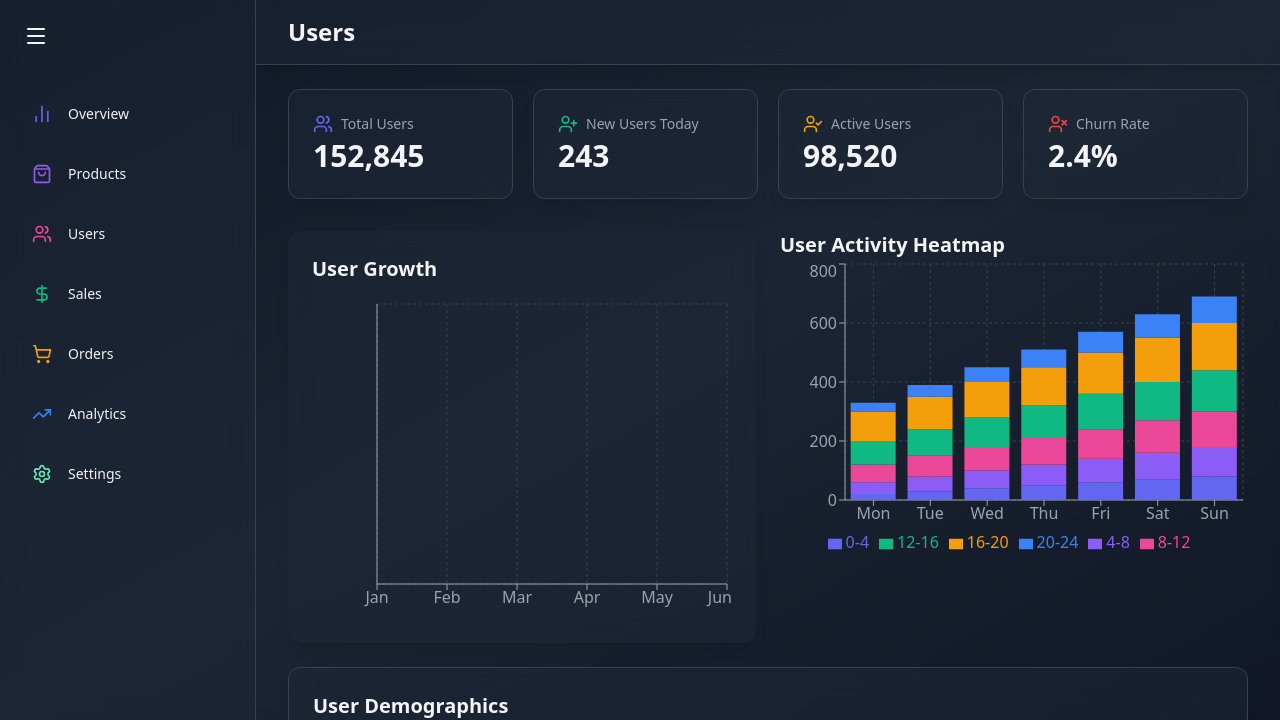
Repository: Abdirabi11/React-dashboard
Page: /users
These files come from the project's save history. The page is drawn as it stood at one moment and after the next save; the edit follows.
The browser window is 1280 px wide. The pictures show the whole page.
An inner scrolling area shows only its first screen. The project was rebuilt for these pictures with package versions that can differ from the ones it lists, and the page was loaded fresh each time. Also part of the build but not shown: vite.config.js, src/components/overview/SalesOverviewChart.jsx, src/components/overview/CategoryDistributionChart.jsx, src/components/overview/SalesChannelChart.jsx, src/pages/OverviewPage.jsx, src/components/products/SalesTrendChart.jsx, src/components/products/ProductsTable.jsx, src/pages/ProductsPage.jsx and 4 more.

Above is the page before, as saved 2025-07-18 21:43:15.

### src/components/common/Sidebar.jsx
import { BarChart2, DollarSign, Menu, Settings, ShoppingBag, ShoppingCart, TrendingUp, Users } from "lucide-react";
import { useState } from "react";
import { AnimatePresence, motion } from "framer-motion";
import { Link } from "react-router-dom";

const SIDEBAR_ITEMS = [
	{
		name: "Overview",
		icon: BarChart2,
		color: "#6366f1",
		href: "/",
	},
	{ name: "Products", icon: ShoppingBag, color: "#8B5CF6", href: "/products" },
	{ name: "Users", icon: Users, color: "#EC4899", href: "/users" },
	{ name: "Sales", icon: DollarSign, color: "#10B981", href: "/sales" },
	{ name: "Orders", icon: ShoppingCart, color: "#F59E0B", href: "/orders" },
	{ name: "Analytics", icon: TrendingUp, color: "#3B82F6", href: "/analytics" },
	{ name: "Settings", icon: Settings, color: "#6EE7B7", href: "/settings" },
];

const Sidebar = () => {
	const [isSidebarOpen, setIsSidebarOpen] = useState(true);

	return (
		<motion.div
			className={`relative z-10 transition-all duration-300 ease-in-out flex-shrink-0 ${
				isSidebarOpen ? "w-64" : "w-20"
			}`}
			animate={{ width: isSidebarOpen ? 256 : 80 }}
		>
			<div className='h-full bg-gray-800 bg-opacity-50 backdrop-blur-md p-4 flex flex-col border-r border-gray-700'>
				<motion.button
					whileHover={{ scale: 1.1 }}
					whileTap={{ scale: 0.9 }}
					onClick={() => setIsSidebarOpen(!isSidebarOpen)}
					className='p-2 rounded-full hover:bg-gray-700 transition-colors max-w-fit'
				>
					<Menu size={24} />
				</motion.button>

				<nav className='mt-8 flex-grow'>
					{SIDEBAR_ITEMS.map((item) => (
						<Link key={item.href} to={item.href}>
							<motion.div className='flex items-center p-4 text-sm font-medium rounded-lg hover:bg-gray-700 transition-colors mb-2'>
								<item.icon size={20} style={{ color: item.color, minWidth: "20px" }} />
								<AnimatePresence>
									{isSidebarOpen && (
										<motion.span
											className='ml-4 whitespace-nowrap'
											initial={{ opacity: 0, width: 0 }}
											animate={{ opacity: 1, width: "auto" }}
											exit={{ opacity: 0, width: 0 }}
											transition={{ duration: 0.2, delay: 0.3 }}
										>
											{item.name}
										</motion.span>
									)}
								</AnimatePresence>
							</motion.div>
						</Link>
					))}
				</nav>
			</div>
		</motion.div>
	);
};
export default Sidebar;

### src/pages/UsersPage.jsx
import { motion } from "framer-motion";
import { UserCheck, UserPlus, UsersIcon, UserX } from "lucide-react";
import Header from "../components/common/Header";
import StatCard from "../components/common/StatCard";
import UserActivityHeatmap from "../components/users/UserActivityHeatmap";
import UserDemographicsChart from "../components/users/UserDemographicsChart";
import UserGrowthChart from "../components/users/UserGrowthChart";
import UsersTable from "../components/users/UsersTable";

const userStats = {
	totalUsers: 152845,
	newUsersToday: 243,
	activeUsers: 98520,
	churnRate: "2.4%",
};

const UsersPage = () => {
	return (
		<div className="flex-1 overflow-auto relative z-10">
			<Header title='Users'/>
			<main className="max-w-7xl mx-auto py-6 px-4 lg:px-8">
				<motion.div
				 className="grid grid-cols-1 gap-5 sm:grid-cols-2 lg:grid-cols-4 mb-8"
				 initial={{ opacity: 0, y: 20 }}
				 animate={{ opacity: 1, y: 0 }}
				 transition={{ duration: 1 }}
				>
					<StatCard
					 name='Total Users'
					 icon={UsersIcon}
					 value={userStats.totalUsers.toLocaleString()}
					 color='#6366F1'
					/>
					<StatCard name='New Users Today' icon={UserPlus} value={userStats.newUsersToday} color='#10B981' />
					<StatCard
						name='Active Users'
						icon={UserCheck}
						value={userStats.activeUsers.toLocaleString()}
						color='#F59E0B'
					/>
					<StatCard name='Churn Rate' icon={UserX} value={userStats.churnRate} color='#EF4444' />
				</motion.div>
				<UsersTable />
				<div className='grid grid-cols-1 lg:grid-cols-2 gap-6 mt-8'>
					<UserGrowthChart />
					<UserActivityHeatmap />
					<UserDemographicsChart />
				</div>
			</main>
		</div>
	);
};
export default UsersPage;

### src/components/users/UserActivityHeatmap.jsx
import { Bar, BarChart, CartesianGrid, Legend, ResponsiveContainer, Tooltip, XAxis, YAxis } from "recharts";
import { motion } from "framer-motion";

const userActivityData = [
	{ name: "Mon", "0-4": 20, "4-8": 40, "8-12": 60, "12-16": 80, "16-20": 100, "20-24": 30 },
	{ name: "Tue", "0-4": 30, "4-8": 50, "8-12": 70, "12-16": 90, "16-20": 110, "20-24": 40 },
	{ name: "Wed", "0-4": 40, "4-8": 60, "8-12": 80, "12-16": 100, "16-20": 120, "20-24": 50 },
	{ name: "Thu", "0-4": 50, "4-8": 70, "8-12": 90, "12-16": 110, "16-20": 130, "20-24": 60 },
	{ name: "Fri", "0-4": 60, "4-8": 80, "8-12": 100, "12-16": 120, "16-20": 140, "20-24": 70 },
	{ name: "Sat", "0-4": 70, "4-8": 90, "8-12": 110, "12-16": 130, "16-20": 150, "20-24": 80 },
	{ name: "Sun", "0-4": 80, "4-8": 100, "8-12": 120, "12-16": 140, "16-20": 160, "20-24": 90 },
];


const UserActivityHeatmap = () => {
  return (
    <motion.div>
        <h2 className="text-xl font-semibold text-gray-100 mb-4'"> User Activity Heatmap </h2>
        <div style={{ width: "100%", height: 300 }}>
            <ResponsiveContainer>
                <BarChart data={userActivityData}>
                    <CartesianGrid strokeDasharray='3 3' stroke='#374151' />
                    <XAxis dataKey='name' stroke='#9CA3AF' />
					<YAxis stroke='#9CA3AF' />
                    <Tooltip
                        contentStyle={{
                            backgroundColor: "rgba(31, 41, 55, 0.8)",
                            borderColor: "#4B5563",
                        }}
                        itemStyle={{ color: "#E5E7EB" }}
                    />
                    <Legend />
                    <Bar dataKey='0-4' stackId='a' fill='#6366F1' />
                    <Bar dataKey='4-8' stackId='a' fill='#8B5CF6' />
                    <Bar dataKey='8-12' stackId='a' fill='#EC4899' />
					<Bar dataKey='12-16' stackId='a' fill='#10B981' />
                    <Bar dataKey='16-20' stackId='a' fill='#F59E0B' />
					<Bar dataKey='20-24' stackId='a' fill='#3B82F6' />
                </BarChart>
            </ResponsiveContainer>
        </div>
    </motion.div>
  )
}

export default UserActivityHeatmap

### src/components/users/UserDemographicsChart.jsx
import { motion } from "framer-motion";
import { PieChart, Pie, Cell, ResponsiveContainer, Tooltip, Legend } from "recharts";


const COLORS = ["#8884d8", "#82ca9d", "#ffc658", "#ff8042", "#0088FE"];

const userDemographicsData = [
	{ name: "18-24", value: 20 },
	{ name: "25-34", value: 30 },
	{ name: "35-44", value: 25 },
	{ name: "45-54", value: 15 },
	{ name: "55+", value: 10 },
];

const UserDemographicsChart = () => {
  return (
    <motion.div
        className='bg-gray-800 bg-opacity-50 backdrop-blur-md shadow-lg rounded-xl p-6 border border-gray-700 lg:col-span-2'
        initial={{ opacity: 0, y: 20 }}
        animate={{ opacity: 1, y: 0 }}
        transition={{ delay: 0.5 }}
    >
      <h2 className='text-xl font-semibold text-gray-100 mb-4'>User Demographics</h2>
		<div style={{ width: "100%", height: 300 }}>

        </div>
    </motion.div>
  )
}

export default UserDemographicsChart

### src/components/users/UserGrowthChart.jsx
import { LineChart, Line, XAxis, YAxis, CartesianGrid, Tooltip, ResponsiveContainer } from "recharts";
import { motion } from "framer-motion";

const userGrowthData = [
	{ month: "Jan", users: 1000 },
	{ month: "Feb", users: 1500 },
	{ month: "Mar", users: 2000 },
	{ month: "Apr", users: 3000 },
	{ month: "May", users: 4000 },
	{ month: "Jun", users: 5000 },
];

const UserGrowthChart = () => {
  return (
    <motion.div
      className="bg-gray-800 bg-opacity-50 backdrop-blur-md shadow-lg rounded-xl p-6 border-gray-700"
      initial={{ opacity: 0, y: 20 }}
			animate={{ opacity: 1, y: 0 }}
			transition={{ delay: 0.3 }}
    >
      <h2 className='text-xl font-semibold text-gray-100 mb-4'>User Growth</h2>
			<div className='h-[320px]'>
        <ResponsiveContainer width='100%' height='100%'>
          <LineChart data={userGrowthData}>
            <CartesianGrid strokeDasharray='3 3' stroke='#374151' />
            <XAxis dataKey='month' stroke='#9CA3AF' />
            <YAxis stroke='#9CA3AF' />
            <Tooltip
							contentStyle={{
								backgroundColor: "rgba(31, 41, 55, 0.8)",
								borderColor: "#4B5563",
							}}
							itemStyle={{ color: "#E5E7EB" }}
						/>
          </LineChart>
        </ResponsiveContainer>
      </div>
    </motion.div>
  )
}

export default UserGrowthChart

### src/components/users/UsersTable.jsx
import React from 'react'

const UsersTable = () => {
  return (
    <div>

    </div>
  )
}

export default UsersTable

Loaded but not shown: index.html (common file); src/main.jsx (common file); src/App.jsx (common file); src/index.css (common file); src/components/common/Header.jsx (common file); src/components/common/StatCard.jsx (common file); tailwind.config.js (common file)

After the next save:
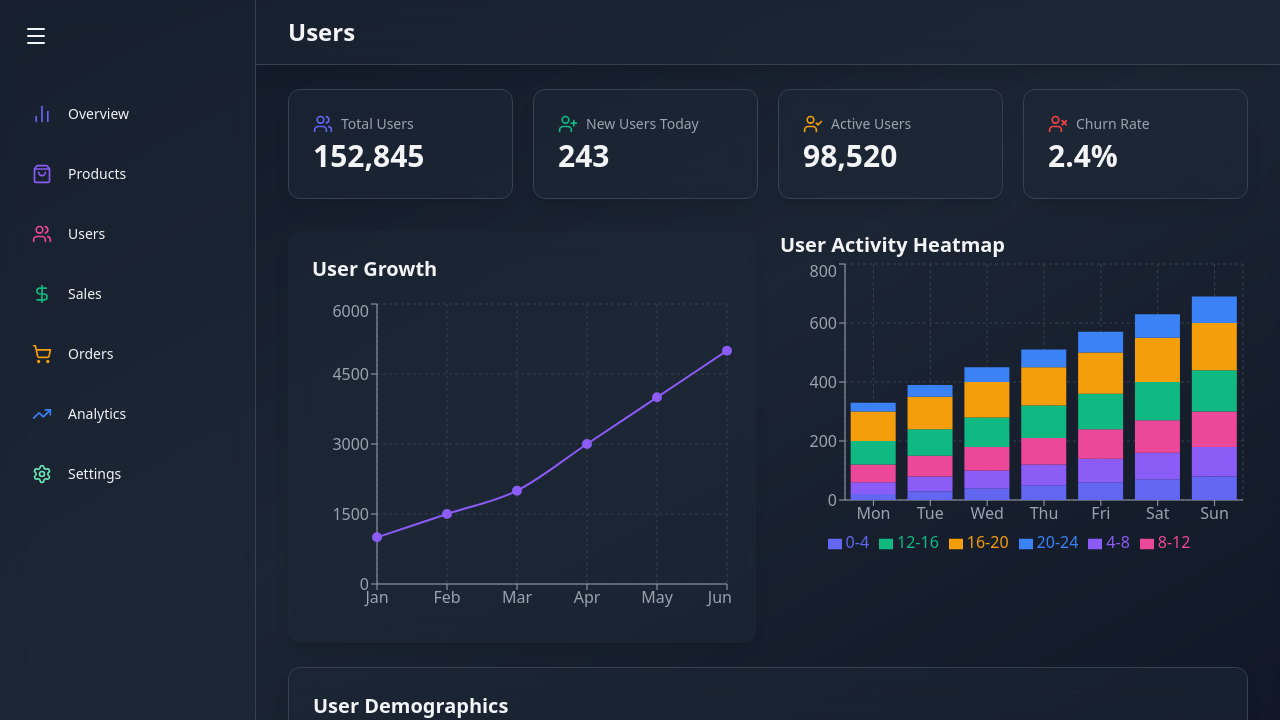
Saved 15 s later.
--- a/src/components/users/UserGrowthChart.jsx
+++ b/src/components/users/UserGrowthChart.jsx
@@ -32,6 +32,14 @@ const UserGrowthChart = () => {
 							}}
 							itemStyle={{ color: "#E5E7EB" }}
 						/>
+            <Line
+							type='monotone'
+							dataKey='users'
+							stroke='#8B5CF6'
+							strokeWidth={2}
+							dot={{ fill: "#8B5CF6", strokeWidth: 2, r: 4 }}
+							activeDot={{ r: 8 }}
+						/>
           </LineChart>
         </ResponsiveContainer>
       </div>
